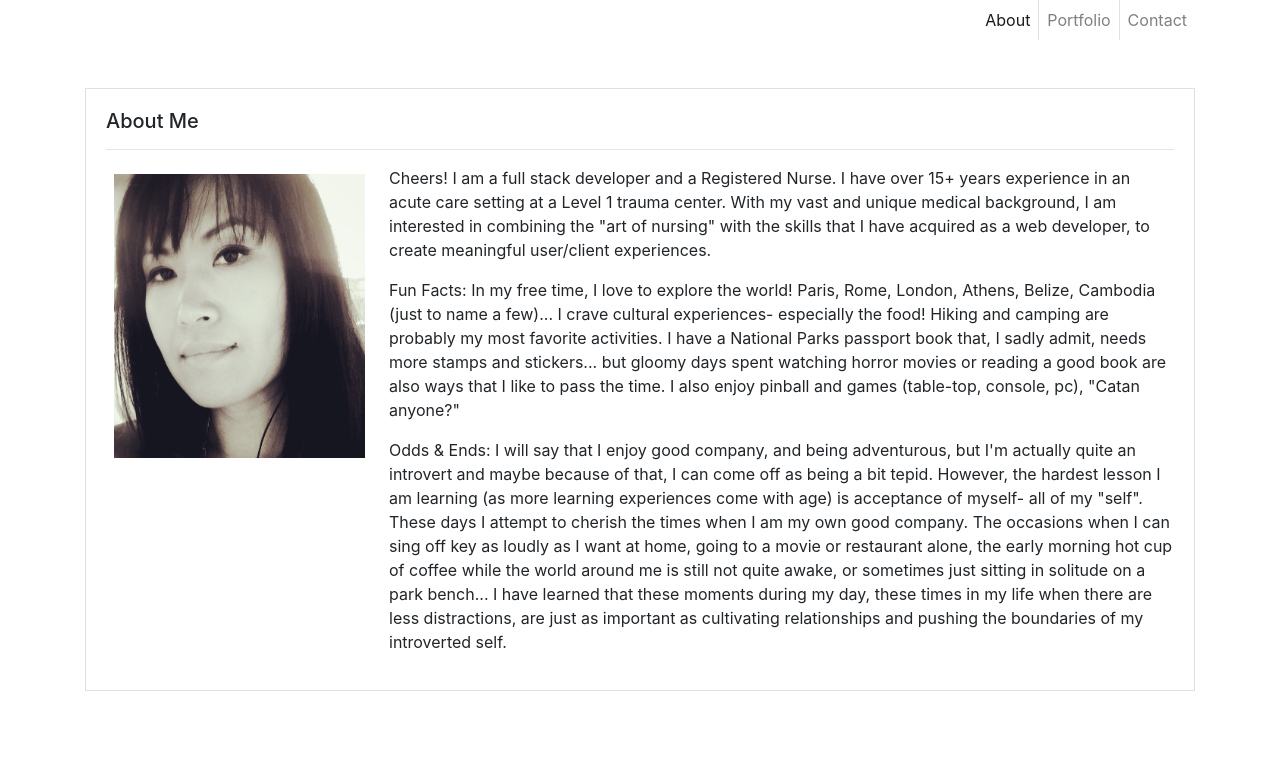
Repository: Dee1985/AyDy-Burling-prework
Page: Module-1_Assessment/index.html
An editor plug-in stored every save of this project. The page is shown before and after the next save, followed by the edit.
The browser window is 1280 px wide. The pictures show the whole page.

Above is the page before, as saved 2020-05-22 21:49:41.

### Module-1_Assessment/index.html
<!DOCTYPE html>
<html lang="en">
	<head>
		<meta charset="UTF-8" />
		<meta name="viewport" content="width=device-width, initial-scale=1.0" />
		<meta http-equiv="X-UA-Compatible" content="ie=edge" />
		<title>About</title>
		<link rel="stylesheet" href="assets/css/reset.css" />
		<link
			rel="stylesheet"
			href="https://stackpath.bootstrapcdn.com/bootstrap/4.3.1/css/bootstrap.min.css"
			integrity="sha384-ggOyR0iXCbMQv3Xipma34MD+dH/1fQ784/j6cY/iJTQUOhcWr7x9JvoRxT2MZw1T"
			crossorigin="anonymous"
		/>
		<link rel="stylesheet" href="assets/css/style.css" />
	</head>
	<body>
		<nav class="navbar navbar-light navbar-expand-lg p-0 another-card">
			<div class="container">
				<a href="# " class="navbar-brand text-white">AyDy Burling</a>
				<button
					class="navbar-toggler"
					type="button"
					data-toggle="collapse"
					data-target="#navbarTogglerDemo02"
					aria-controls="navbarTogglerDemo02"
					aria-expanded="false"
					aria-label="Toggle navigation"
				>
					<span class="navbar-toggler-icon"></span>
				</button>
				<div class="collapse navbar-collapse" id="navbarTogglerDemo02">
					<ul class="navbar-nav ml-auto mt-2 mt-lg-0">
						<li class="nav-item active">
							<a class="nav-link border-right" href="#">About</a>
						</li>
						<li class="nav-item">
							<a class="nav-link border-right" href="portfolio.html"
								>Portfolio</a
							>
						</li>
						<li class="nav-item">
							<a class="nav-link" href="contact.html" tabindex="-1">Contact</a>
						</li>
					</ul>
				</div>
			</div>
		</nav>

		<section class="another-card vh-100">
			<div class="container">
				<div class="row">
					<div class="col-lg-12 mb-4">
						<div class="card mt-5 rounded-0">
							<div class="card-body">
								<h5 class="card-title">About Me</h5>
								<hr />
								<div class="media">
									<img
										src="assets/img/IMG_0322.JPG"
										width="25%"
										height="300"
										class="mr-3 p-2"
										alt="..."
									/>
									<div class="media-body">
										<p>
											Cheers! I am a full stack developer and a Registered
											Nurse. I have over 15+ years experience in an acute care
											setting at a Level 1 trauma center. With my vast and
											unique medical background, I am interested in combining
											the "art of nursing" with the skills that I have acquired
											as a web developer, to create meaningful user/client
											experiences.
										</p>
										<p>
											Fun Facts: In my free time, I love to explore the world!
											Paris, Rome, London, Athens, Belize, Cambodia (just to
											name a few)... I crave cultural experiences- especially
											the food! Hiking and camping are probably my most favorite
											activities. I have a National Parks passport book that, I
											sadly admit, needs more stamps and stickers... but gloomy
											days spent watching horror movies or reading a good book
											are also ways that I like to pass the time. I also enjoy
											pinball and games (table-top, console, pc), "Catan
											anyone?"
										</p>
										<p>
											Odds & Ends: I will say that I enjoy good company, and
											being adventurous, but I'm actually quite an introvert and
											maybe because of that, I can come off as being a bit
											tepid. However, the hardest lesson I am learning (as more
											learning experiences come with age) is acceptance of
											myself- all of my "self". These days I attempt to cherish
											the times when I am my own good company. The occasions
											when I can sing off key as loudly as I want at home, going
											to a movie or restaurant alone, the early morning hot cup
											of coffee while the world around me is still not quite
											awake, or sometimes just sitting in solitude on a park
											bench... I have learned that these moments during my day,
											these times in my life when there are less distractions,
											are just as important as cultivating relationships and
											pushing the boundaries of my introverted self.
										</p>
									</div>
								</div>
							</div>
						</div>
					</div>
				</div>
			</div>
		</section>

		<footer>
			<div class="fixed-bottom text-center text-white">Copyright &copy;</div>
		</footer>

		<script
			src="https://code.jquery.com/jquery-3.3.1.slim.min.js"
			integrity="sha384-q8i/X+965DzO0rT7abK41JStQIAqVgRVzpbzo5smXKp4YfRvH+8abtTE1Pi6jizo"
			crossorigin="anonymous"
		></script>
		<script
			src="https://cdnjs.cloudflare.com/ajax/libs/popper.js/1.14.7/umd/popper.min.js"
			integrity="sha384-UO2eT0CpHqdSJQ6hJty5KVphtPhzWj9WO1clHTMGa3JDZwrnQq4sF86dIHNDz0W1"
			crossorigin="anonymous"
		></script>
		<script
			src="https://stackpath.bootstrapcdn.com/bootstrap/4.3.1/js/bootstrap.min.js"
			integrity="sha384-JjSmVgyd0p3pXB1rRibZUAYoIIy6OrQ6VrjIEaFf/nJGzIxFDsf4x0xIM+B07jRM"
			crossorigin="anonymous"
		></script>
	</body>
</html>

### Module-1_Assessment/assets/css/style.css
/* Using Bootstrap, your portfolio site should be made using the following items:
A navbar
A responsive layout (remember the grid, rows and columns are your friends)
eg. On an xs screen, content should take up the entire screen. On sm and larger screens, you should have some margins on the left and right side of the screen. Check out various sites on your mobile device versus your computer to see this in action!
Responsive images

BONUS Using Bootstrap, make a sticky footer and use sub-rows and sub-columns on your portfolio site (Hint: Check out the Bootstrap documentation)

Your Bootstrap solution should minimize use of media queries.
Colors:
Teal color (used for headings and backgrounds): #4aaaa5
Regular font color (used for paragraphs and all text besides the headings): #777777
Main header background color: #ffffff
Main header border color: #cccccc
Footer background color: #666666
Main content background color: #ffffff
Main content border color: #dddddd
Fonts:
For heading fonts use font-family: 'Georgia', Times, Times New Roman, serif;.
For all other fonts use 'Arial', 'Helvetica Neue', Helvetica, sans-serif;.
Profile Image Found on index.html:
Use a picture of yourself.
If you don't have a picture, you can grab a placeholder image from LoremPixel.
Save the images to your images folder.
Portfolio Images:
Placeholder images can be found at LoremPixel.
Save the images to your images folder.
Background Images:
The background pattern used was found on Subtle Patterns. You can browse through that site and find whichever pattern you like.
Dimensions:
The entire content and the main section content area is 960px wide. */

Loaded but not shown: Module-1_Assessment/assets/css/reset.css (common file)

After the next save:
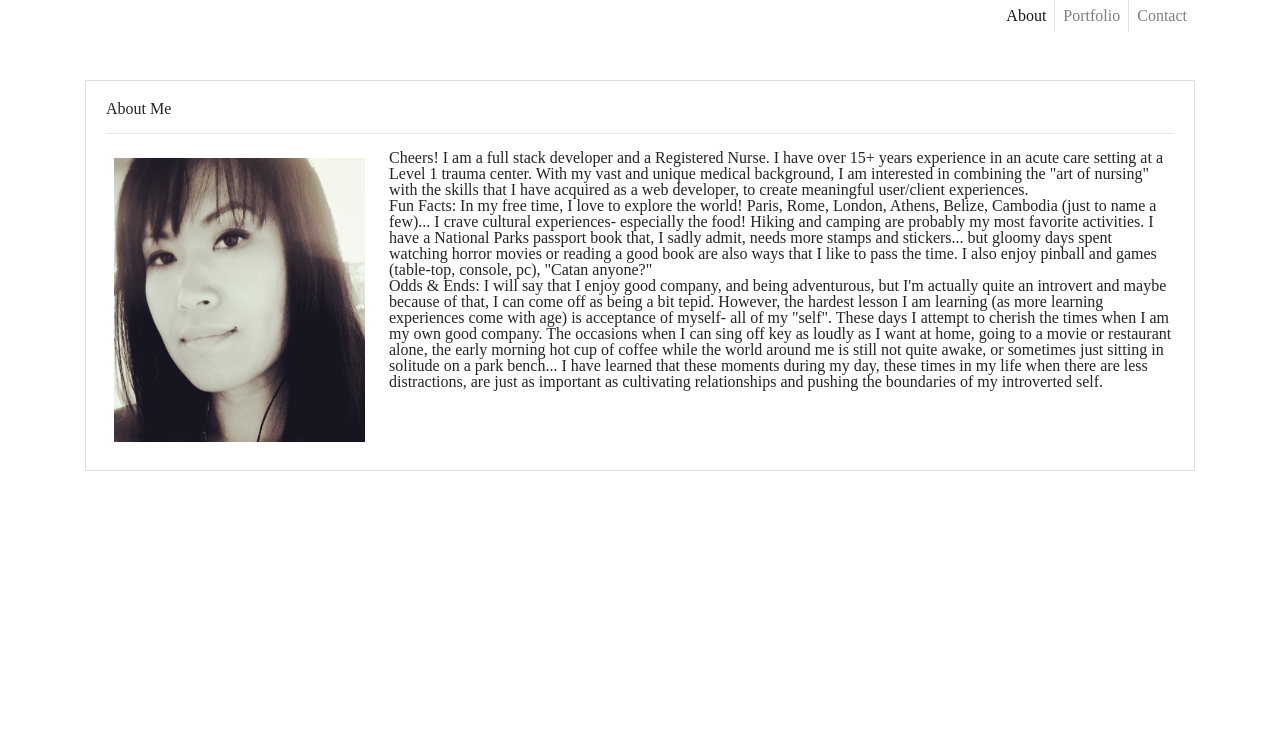
Saved 5 min 3 s later.
--- a/Module-1_Assessment/index.html
+++ b/Module-1_Assessment/index.html
@@ -5,13 +5,14 @@
 		<meta name="viewport" content="width=device-width, initial-scale=1.0" />
 		<meta http-equiv="X-UA-Compatible" content="ie=edge" />
 		<title>About</title>
-		<link rel="stylesheet" href="assets/css/reset.css" />
+
 		<link
 			rel="stylesheet"
 			href="https://stackpath.bootstrapcdn.com/bootstrap/4.3.1/css/bootstrap.min.css"
 			integrity="sha384-ggOyR0iXCbMQv3Xipma34MD+dH/1fQ784/j6cY/iJTQUOhcWr7x9JvoRxT2MZw1T"
 			crossorigin="anonymous"
 		/>
+		<link rel="stylesheet" href="assets/css/reset.css" />
 		<link rel="stylesheet" href="assets/css/style.css" />
 	</head>
 	<body>
